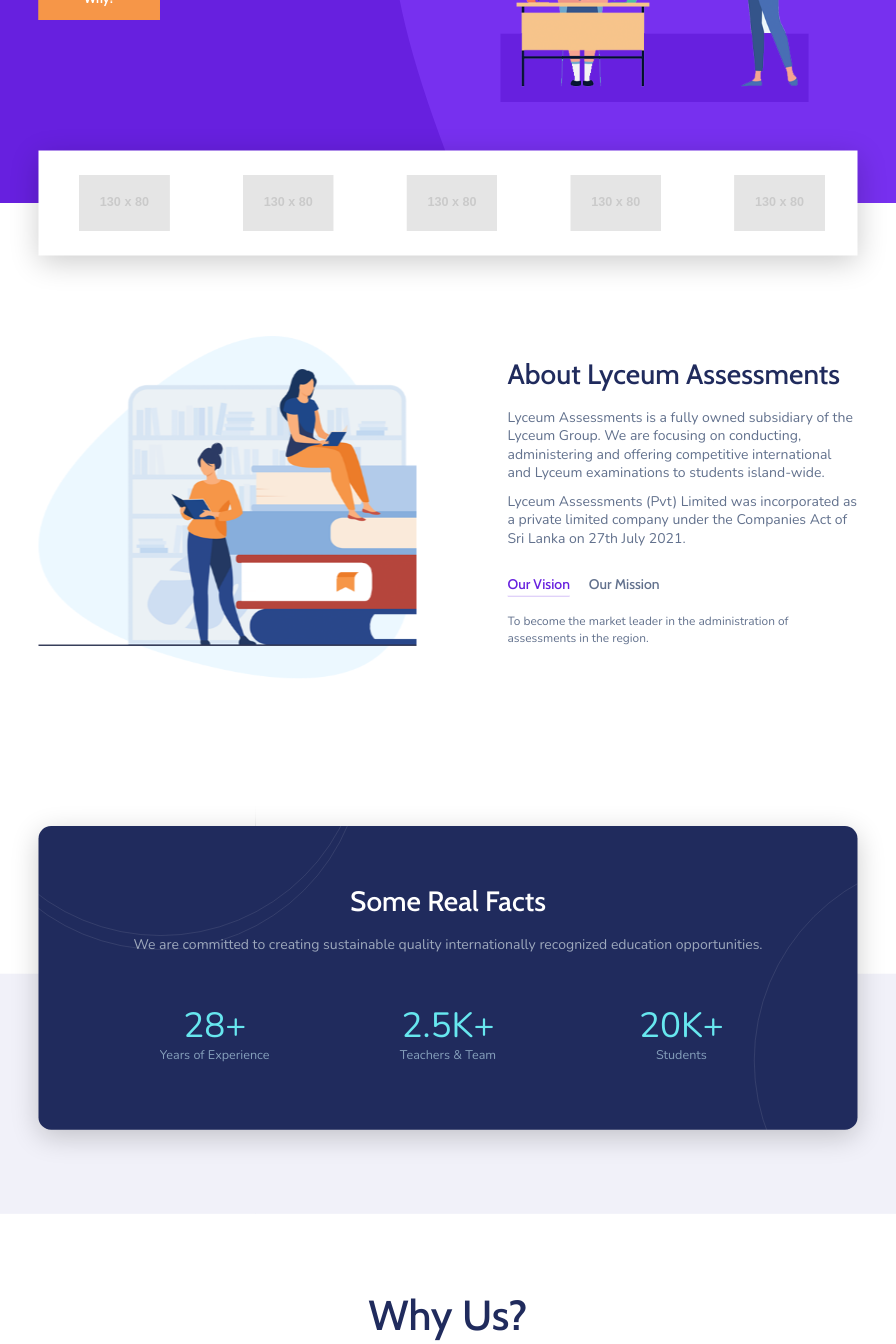
Repository: AXUSLK/LyceumAssessments-HTML
Page: index.html
These files come from the project's save history. The page is drawn as it stood at one moment and after the next save; the edit follows.
The browser window is 1280 px wide. The pictures show the part of the page from y = 510 to 2430 px (the page is 5596 px tall before and 5042 px after), at 70% of full size.
Backgrounds fixed to the window are drawn as part of the page. Some web libraries are served in a nearby version.

Above is the page before, as saved 2022-01-31 13:22:19.

After the next save:
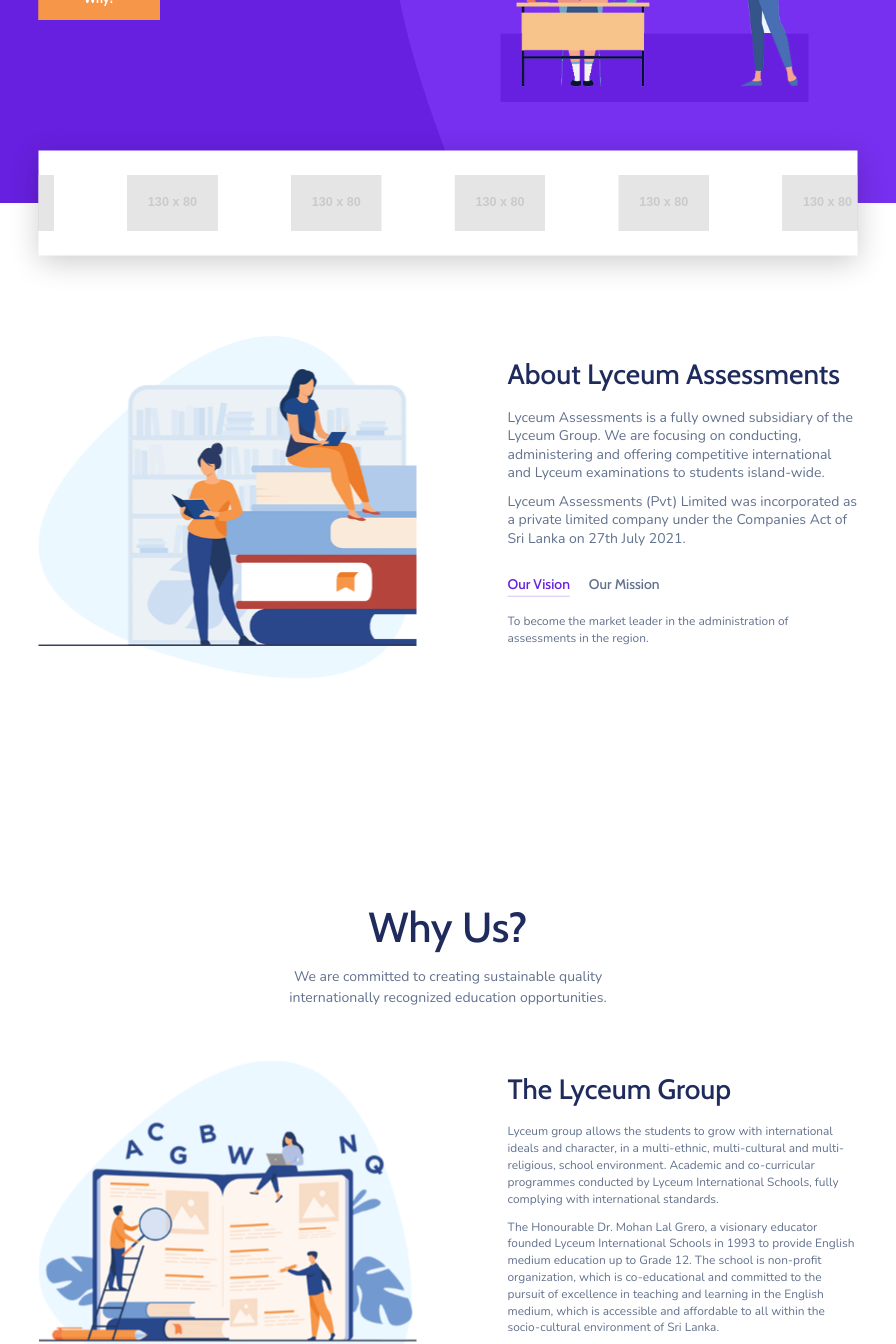
Saved 59 s later.
--- a/index.html
+++ b/index.html
@@ -293,49 +293,6 @@
 				</section>
 			</div>
 
-			<div class="mt-md-n12 mt-lg-n14 pt-md-12 pt-lg-14">
-				<!-- factsCounterAside -->
-				<aside class="factsCounterAside position-relative text-center pb-12 pb-lg-20 pb-xl-24">
-					<div class="container">
-						<div
-							class="fcbHolder rounded-lg bg-primary text-white mx-xlwd-n10 pt-8 pb-2 px-5 pt-md-12 pb-md-10 px-md-10 pt-lg-12 pb-lg-10 px-lg-15 pt-xl-17 pb-xl-13 px-xl-20 position-relative shadow-lg overflow-hidden">
-							<!-- headingHead -->
-							<header
-								class="headingHead textMedium text-center text-gray9da8bc mb-7 mb-lg-14 wow bounceInUp">
-								<h2 class="text-white h2Medium mb-3 mb-md-5">Some Real Facts</h2>
-								<p>We are committed to creating sustainable quality
-									internationally recognized education opportunities.</p>
-							</header>
-							<div class="row justify-content-center">
-								<div class="col-12 col-sm-4 wow flipInX" data-wow-delay="0.5s">
-									<!-- countColumn -->
-									<div class="countColumn mx-auto mb-6">
-										<h3 class="text-info fontBase font-weight-normal mb-0">28+</h3>
-										<h4 class="font-weight-normal fontBase text-gray86a0bc">Years of Experience</h4>
-									</div>
-								</div>
-								<div class="col-12 col-sm-4 wow flipInX" data-wow-delay="0.5s">
-									<!-- countColumn -->
-									<div class="countColumn mx-auto mb-6">
-										<h3 class="text-info fontBase font-weight-normal mb-0">2.5K+</h3>
-										<h4 class="font-weight-normal fontBase text-gray86a0bc">Teachers & Team</h4>
-									</div>
-								</div>
-								<div class="col-12 col-sm-4 wow flipInX" data-wow-delay="0.5s">
-									<!-- countColumn -->
-									<div class="countColumn mx-auto mb-6">
-										<h3 class="text-info fontBase font-weight-normal mb-0">20K+</h3>
-										<h4 class="font-weight-normal fontBase text-gray86a0bc">Students</h4>
-									</div>
-								</div>
-							</div>
-							<!-- bgPattern -->
-							<span class="bgPattern position-absolute w-100 h-100 inaccessible"></span>
-						</div>
-					</div>
-				</aside>
-			</div>
-
 			<!-- allFeatBlock -->
 			<section id="scrollToWhy" class="allFeatBlock pt-7 pt-md-10 pt-lg-15 pt-xl-23 pb-3 pb-lg-10 pb-xl-14">
 				<div class="container">
